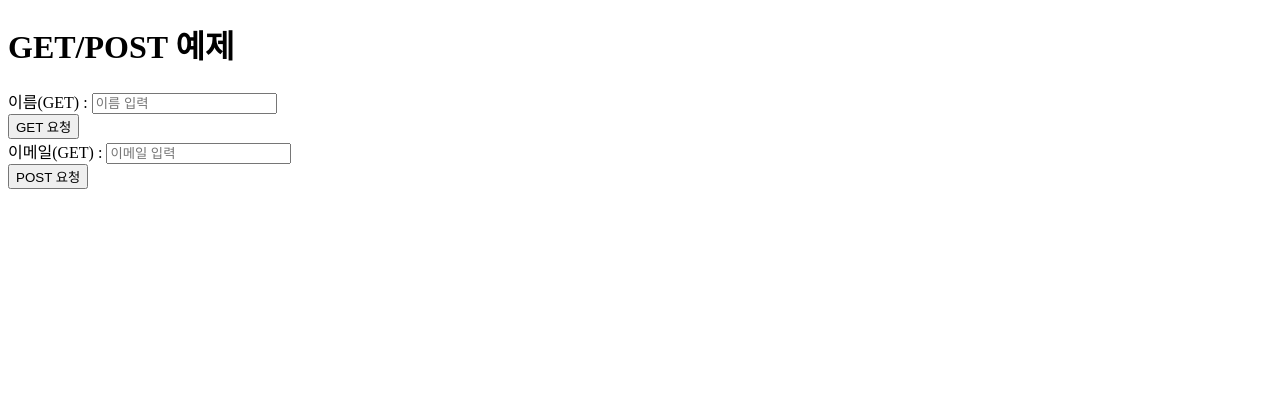
Repository: bjy5656/jsp
Page: http://localhost/day02/
An editor plug-in stored every save of this project. The page is shown before and after the next save, followed by the edit.
The browser window is 1280 px wide. The pictures show the whole page.
The page is served by Tomcat 9. Other server files are loaded and not shown.

Above is the page before, as saved 2025-08-08 07:39:34.

### day02/src/main/webapp/index.jsp
<%@ page language="java" contentType="text/html; charset=UTF-8"
    pageEncoding="UTF-8"%>
<!DOCTYPE html>
<html>
<head>
<meta charset="UTF-8">
<title>Insert title here</title>
</head>
<body>
   <h1>GET/POST 예제</h1>
   <form action="handler" method="get">
      <label for="name">이름(GET) : </label>
      <input type="text" id="name" name="userName" placeholder="이름 입력"></br>
      <button type="submit">GET 요청</button>
   </form>

   <form action="handler" method="post">
      <label for="email">이메일(GET) : </label>
      <input type="email" id="email" name="userEmail" placeholder="이메일 입력"></br>
      <button type="submit">POST 요청</button>
   </form>
</body>
</html>

After the next save:
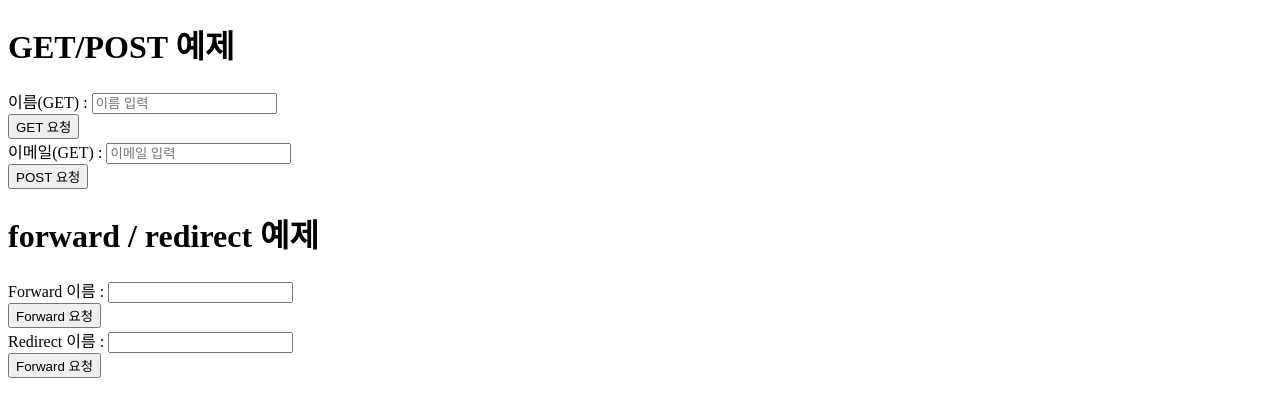
Saved 6 min 36 s later.
--- a/day02/src/main/webapp/index.jsp
+++ b/day02/src/main/webapp/index.jsp
@@ -19,5 +19,19 @@
       <input type="email" id="email" name="userEmail" placeholder="이메일 입력"></br>
       <button type="submit">POST 요청</button>
    </form>
+
+   <h1>forward / redirect 예제</h1>
+   <form action="" method="">
+   	<label for="forwardName">Forward 이름 : </label>
+   	<input type="text" id="forwardName" name="forwardName"><br>
+   	<button type="submit">Forward 요청</button>
+   </form>
+
+   <form action="" method="">
+   	<label for="RedirectName">Redirect 이름 : </label>
+   	<input type="text" id="RedirectName" name="RedirectName"><br>
+   	<button type="submit">Forward 요청</button>
+   </form>
+
 </body>
 </html>
